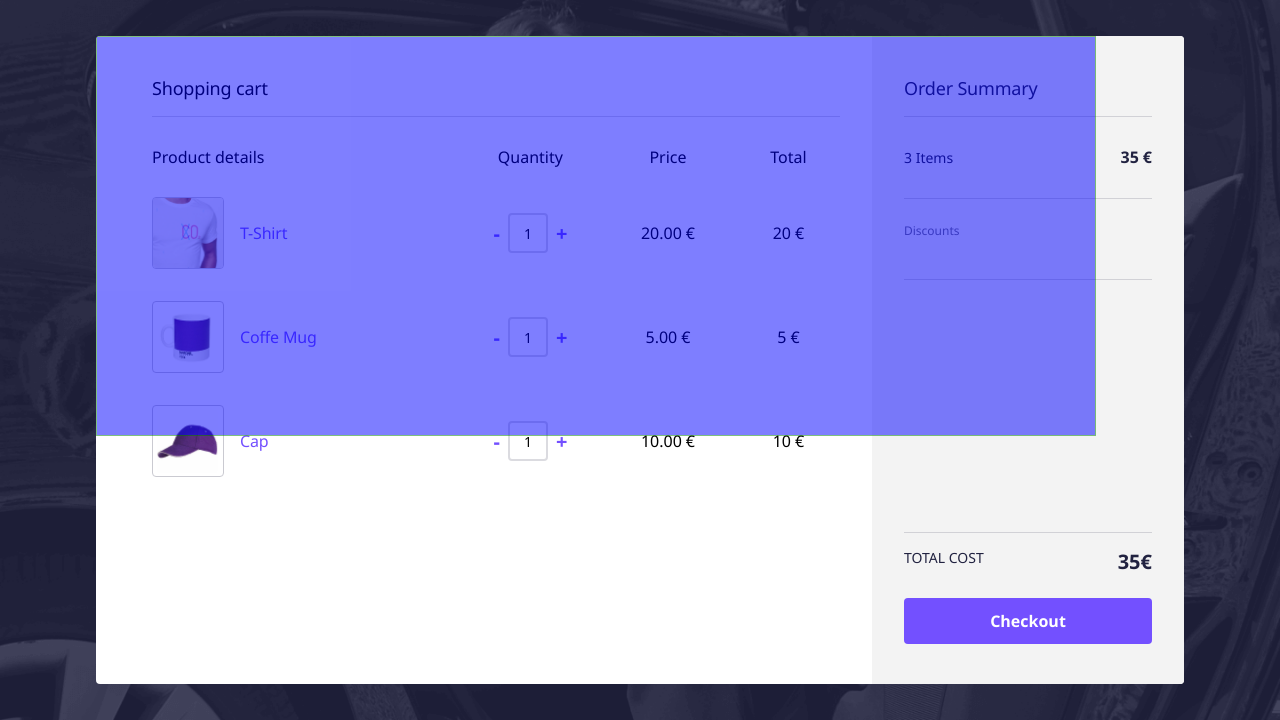
Repository: banchiec/challengecbfy
Page: /
These files come from the project's save history. The page is drawn as it stood at one moment and after the next save; the edit follows.
The browser window is 1280 px wide. The pictures show the whole page.
An inner scrolling area shows only its first screen. Some web fonts or font styles are not loaded; a fallback is used. The project was rebuilt for these pictures with package versions that can differ from the ones it lists, and the page was loaded fresh each time. Also part of the build but not shown: craco.config.js.

Above is the page before, as saved 2021-12-11 01:20:25.

After the next save:
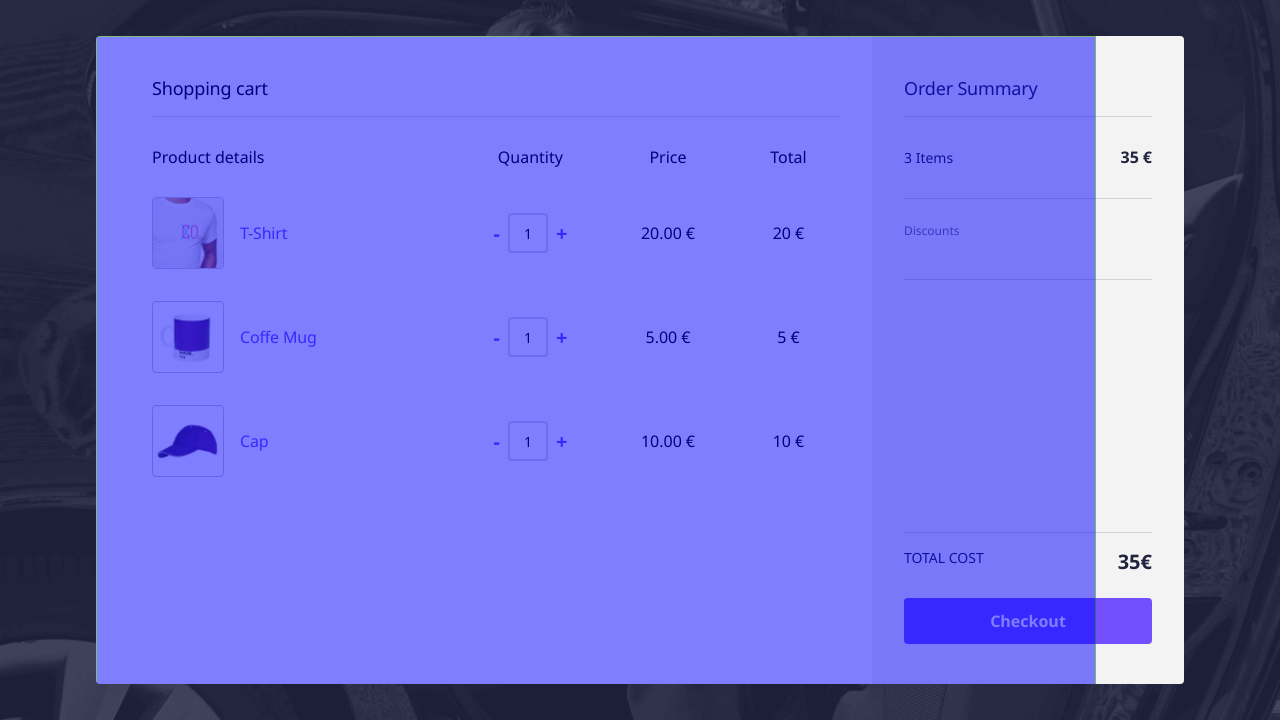
Saved 23 s later.
--- a/src/App.css
+++ b/src/App.css
@@ -492,7 +492,7 @@ input {
 .modal {
   position: absolute ;
   width: 1000px;
-  height: 400px;
+  height: 880px;
   z-index: 1;
   background-color: blue;
   opacity: .5;
